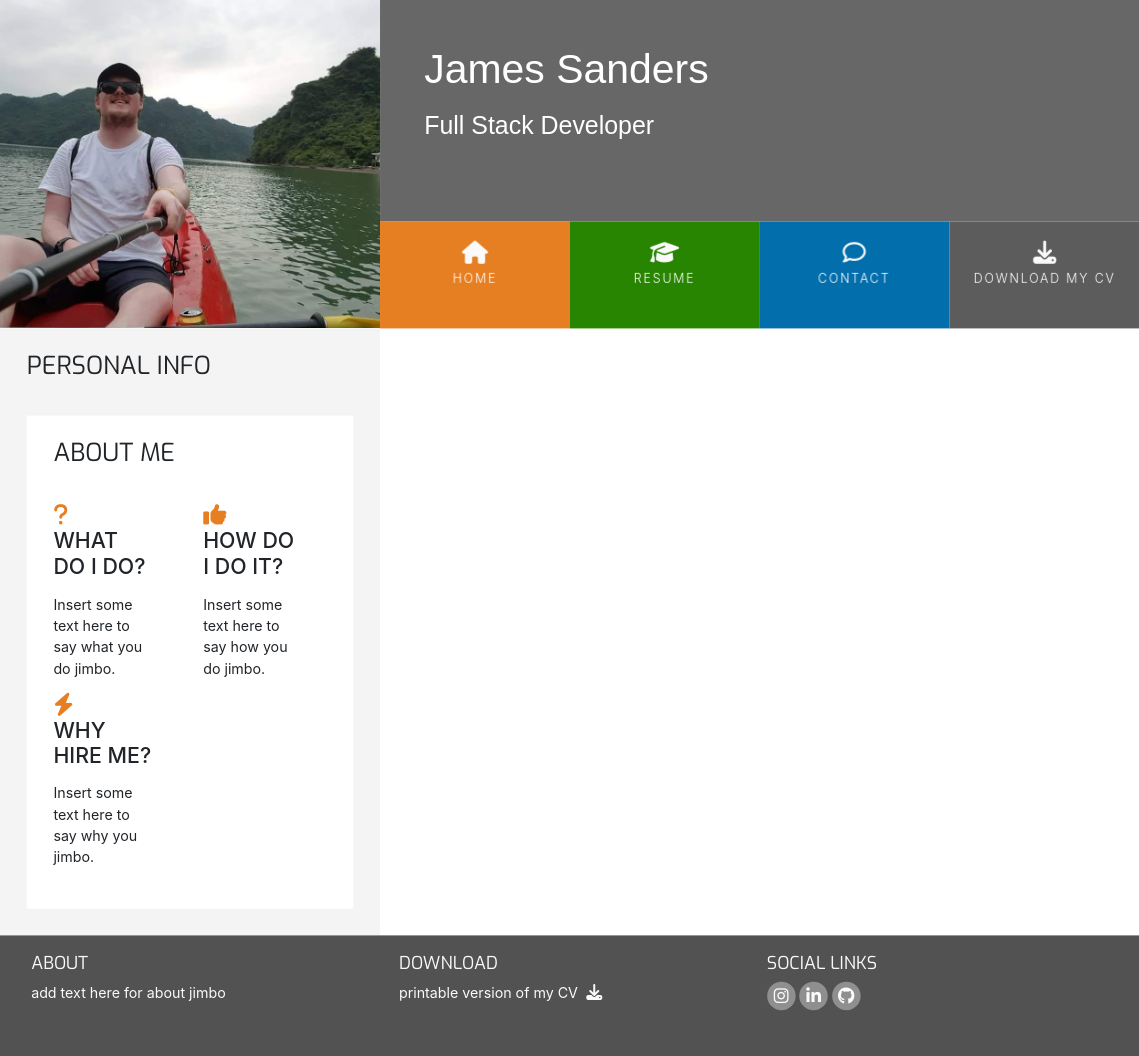
Repository: JaySanders95/my-online-resume
Page: index.html
The author's editor kept a copy of each file at every save. The page is drawn from the files as they stood at one save, then again after the next save.
The browser window is 1280 px wide. The pictures show the whole page, at 89% of full size.
Some web fonts or font styles are not loaded; a fallback is used. Some web libraries are served in a nearby version.

Above is the page before, as saved 2023-04-19 21:39:07.

After the next save:
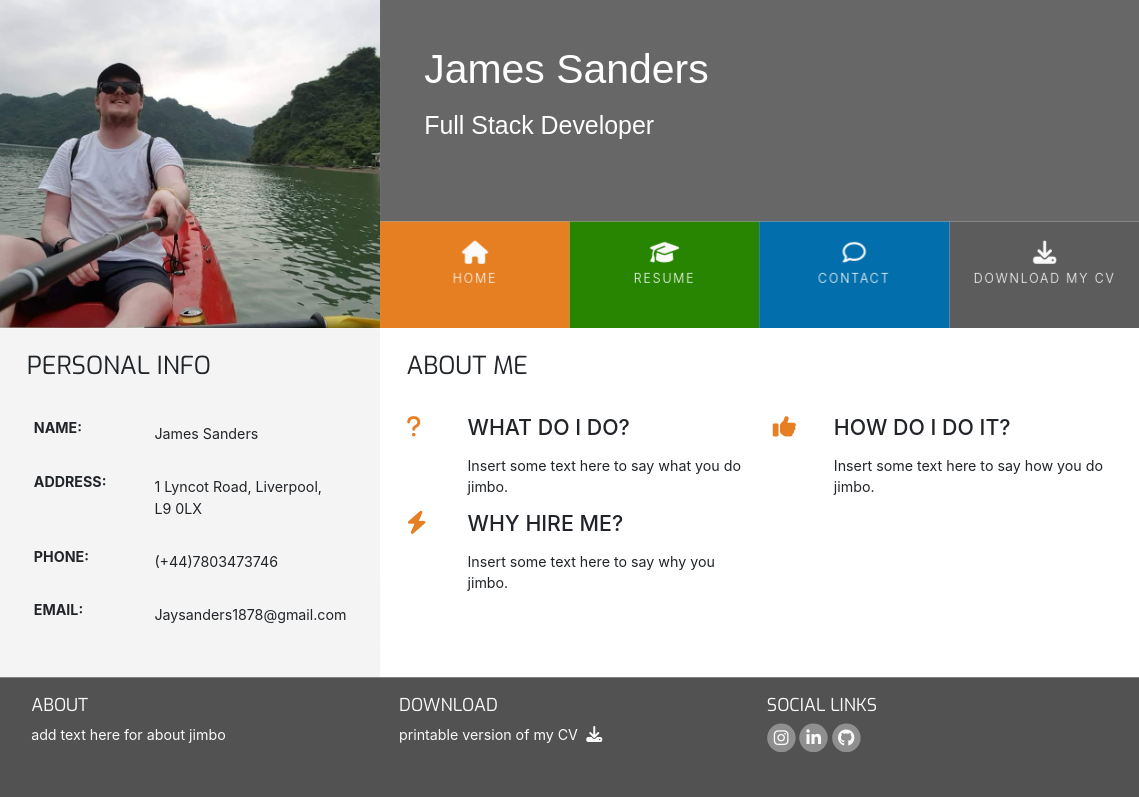
Saved 10 s later.
--- a/index.html
+++ b/index.html
@@ -55,6 +55,55 @@
                         </h3>
                     </div>
                 </div>
+                <div class="personal-info-item">
+                    <div class="key">
+                        <p class="uppercase">
+                            Name:
+                        </p>
+                    </div>
+                    <div class="value">
+                        <p>
+                            James Sanders
+                        </p>
+                    </div>
+                </div>
+                <div class="personal-info-item">
+                    <div class="key">
+                        <p class="uppercase">
+                            Address:
+                        </p>
+                    </div>
+                    <div class="value">
+                        <p>
+                            1 Lyncot Road, Liverpool, L9 0LX
+                        </p>
+                    </div>
+                </div>
+                <div class="personal-info-item">
+                    <div class="key">
+                        <p class="uppercase">
+                            Phone:
+                        </p>
+                    </div>
+                    <div class="value">
+                        <p>
+                            (+44)7803473746
+                        </p>
+                    </div>
+                </div>
+                <div class="personal-info-item">
+                    <div class="key">
+                        <p class="uppercase">
+                            Email:
+                        </p>
+                    </div>
+                    <div class="value">
+                        <p>
+                            Jaysanders1878@gmail.com
+                        </p>
+                    </div>
+                </div>
+            </div>
             <div class="col-md-8 bg-color-three-reasons section-column">
                 <div class="row">
                     <div class="col">

After the save that followed:
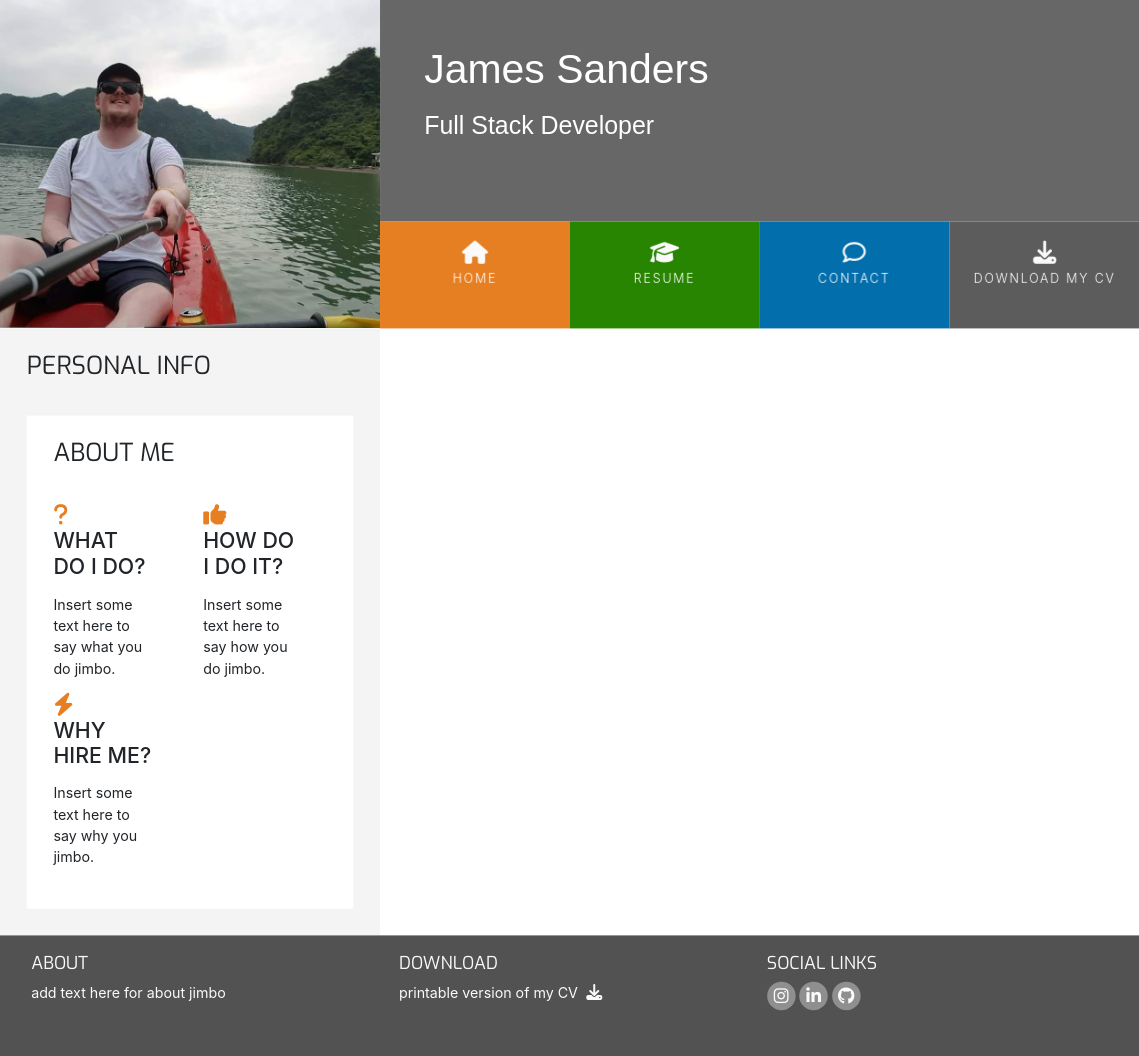
Saved 27 s later.
--- a/index.html
+++ b/index.html
@@ -55,55 +55,6 @@
                         </h3>
                     </div>
                 </div>
-                <div class="personal-info-item">
-                    <div class="key">
-                        <p class="uppercase">
-                            Name:
-                        </p>
-                    </div>
-                    <div class="value">
-                        <p>
-                            James Sanders
-                        </p>
-                    </div>
-                </div>
-                <div class="personal-info-item">
-                    <div class="key">
-                        <p class="uppercase">
-                            Address:
-                        </p>
-                    </div>
-                    <div class="value">
-                        <p>
-                            1 Lyncot Road, Liverpool, L9 0LX
-                        </p>
-                    </div>
-                </div>
-                <div class="personal-info-item">
-                    <div class="key">
-                        <p class="uppercase">
-                            Phone:
-                        </p>
-                    </div>
-                    <div class="value">
-                        <p>
-                            (+44)7803473746
-                        </p>
-                    </div>
-                </div>
-                <div class="personal-info-item">
-                    <div class="key">
-                        <p class="uppercase">
-                            Email:
-                        </p>
-                    </div>
-                    <div class="value">
-                        <p>
-                            Jaysanders1878@gmail.com
-                        </p>
-                    </div>
-                </div>
-            </div>
             <div class="col-md-8 bg-color-three-reasons section-column">
                 <div class="row">
                     <div class="col">
